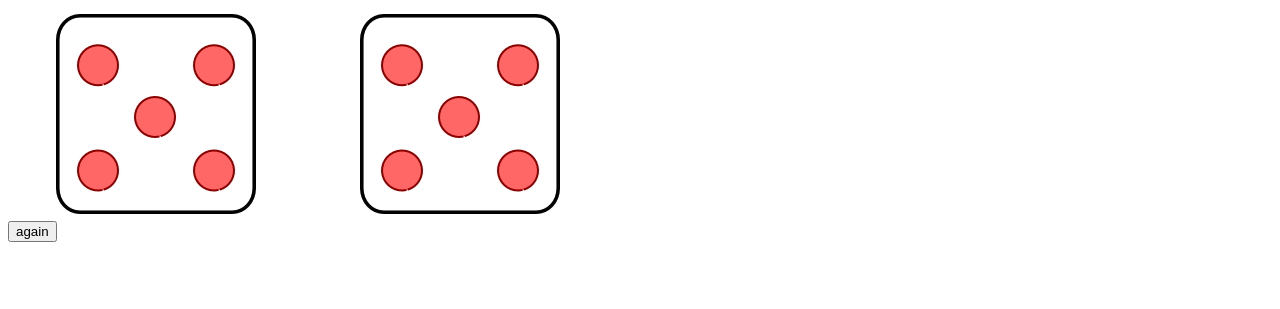
Repository: boseung2/Study-JSP
Page: http://localhost/MyWebSite/Dice
These files come from the project's save history. The page is drawn as it stood at one moment and after the next save; the edit follows.
The browser window is 1280 px wide. The pictures show the whole page.
The page is served by Tomcat 9.

Above is the page before, as saved 2021-01-20 04:05:43.

After the next save:
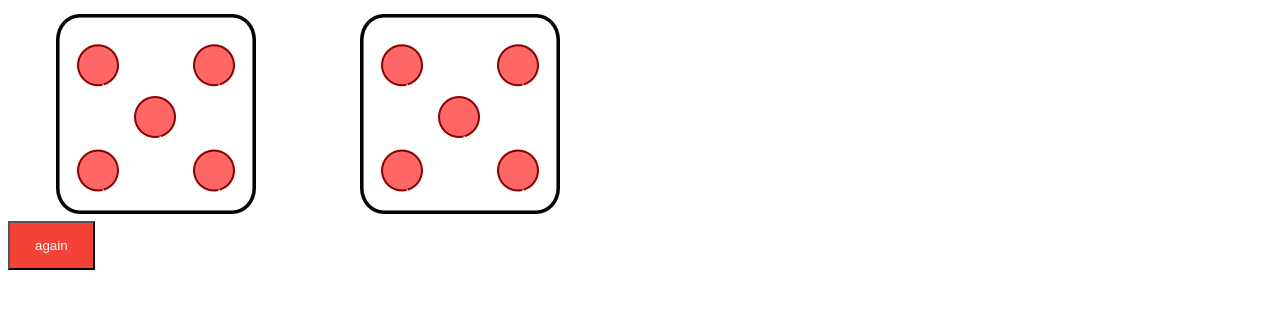
Saved 31 s later.
--- a/MyWebSite/src/com/codechobo/Dice.java
+++ b/MyWebSite/src/com/codechobo/Dice.java
@@ -24,7 +24,7 @@ public class Dice extends HttpServlet {
 		out.println("<html>");
 		out.println("<head>");
 		out.println("<style>");
-		out.println("a:link, a:visited {");
+		out.println("button {");
 		out.println("  background-color: #f44336;");
 		out.println("  color: white;");
 		out.println("  padding: 15px 25px;");
